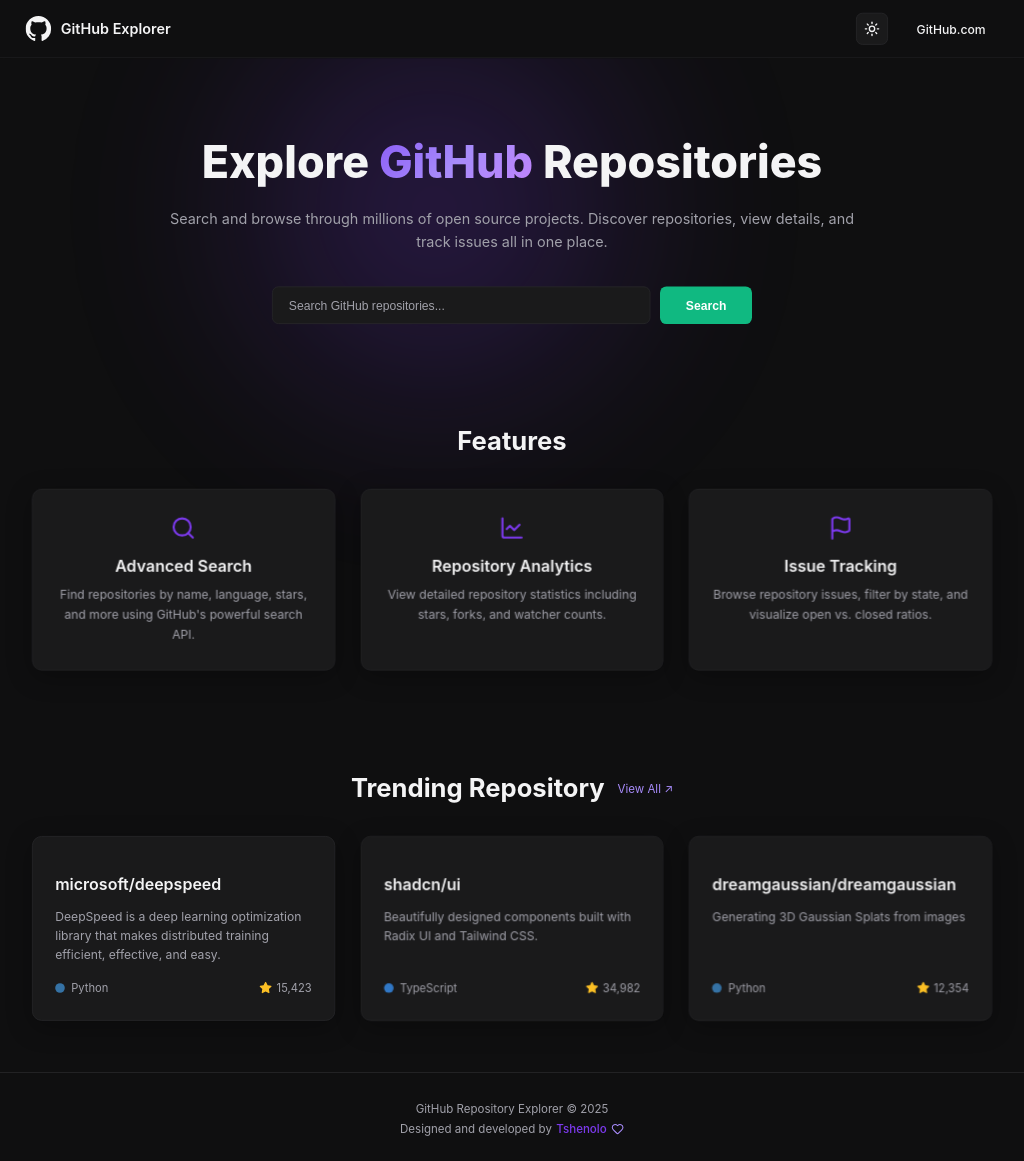
Repository: Tshenolo1994/username-repo
Page: /
An editor plug-in stored every save of this project. The page is shown before and after the next save, followed by the edit.
The browser window is 1280 px wide. The pictures show the whole page, at 80% of full size.
The project was rebuilt for these pictures with package versions that can differ from the ones it lists, and the page was loaded fresh each time. Also part of the build but not shown: vite.config.ts, src/views/RepoView.vue.

Above is the page before, as saved 2025-10-27 01:23:04.

### index.html
<!doctype html>
<html lang="en">
  <head>
    <meta charset="UTF-8" />
    <link rel="icon" type="image/svg+xml" href="/vite.svg" />
    <meta name="viewport" content="width=device-width, initial-scale=1.0" />
    <title>commit-explorer</title>
  </head>
  <body>
    <div id="app"></div>
    <script type="module" src="/src/main.ts"></script>
  </body>
</html>

### src/main.ts
import { createApp } from 'vue'
import { createPinia } from 'pinia'
import App from './App.vue'
import router from './router'
import './styles/theme.css'

createApp(App)
  .use(createPinia())
  .use(router)
  .mount('#app')

### src/App.vue
<!-- App.vue or Layout.vue -->
<script setup>
import Header from '@/components/Header.vue';
import Footer from '@/components/Footer.vue';
</script>

<template>
  <div id="app">
    <Header />
    <main>
      <router-view />
    </main>
    <Footer />
  </div>
</template>

### src/router/index.ts
import { createRouter, createWebHistory } from 'vue-router'
import HomeView from '@/views/HomeView.vue'
import RepoView from '@/views/RepoView.vue'

const router = createRouter({
  history: createWebHistory(),
  routes: [
    { path: '/', name: 'home', component: HomeView },
    { path: '/repos/:username', name: 'repos', component: RepoView, props: true },
  ],
  scrollBehavior: () => ({ top: 0 }),
})

export default router

### src/styles/theme.css
:root {

    --bg: #0f0f10;
    --bg-elev: #1a1a1b;
    --text: #f4f4f5;
    --muted: #a1a1aa;
    --border: #27272a;
    --link: #7c3aed;
  }


  [data-theme="light"] {
    --bg: #f9fafb;
    --bg-elev: #ffffff;
    --text: #18181b;
    --muted: #52525b;
    --border: #e4e4e7;
    --link: #2563eb;
  }


  html, body, #app {
    margin: 0;
    padding: 0;
    background: var(--bg);
    color: var(--text);
    font-family: 'Inter', system-ui, sans-serif;
    transition: background 0.3s, color 0.3s;
  }


  h1, h2, h3 {
    line-height: 1.2;
    margin: 0;
  }
  p {
    margin: 0.25rem 0 0;
  }


  .card {
    background: var(--bg-elev);
    border: 1px solid var(--border);
    border-radius: 0.75rem;
    padding: 1rem;
    box-shadow: 0 1px 2px rgba(0,0,0,0.15);
  }

### src/components/Header.vue
<script setup lang="ts">
import { Sun, Moon } from 'lucide-vue-next';
import { useTheme } from '@/composables/useTheme';

const { isDark, toggleTheme } = useTheme();
</script>

<template>
  <header class="header">
    <div class="header-content">
      <div class="logo">
        <svg width="32" height="32" viewBox="0 0 16 16" fill="currentColor">
          <path d="M8 0C3.58 0 0 3.58 0 8c0 3.54 2.29 6.53 5.47 7.59.4.07.55-.17.55-.38 0-.19-.01-.82-.01-1.49-2.01.37-2.53-.49-2.69-.94-.09-.23-.48-.94-.82-1.13-.28-.15-.68-.52-.01-.53.63-.01 1.08.58 1.23.82.72 1.21 1.87.87 2.33.66.07-.52.28-.87.51-1.07-1.78-.2-3.64-.89-3.64-3.95 0-.87.31-1.59.82-2.15-.08-.2-.36-1.02.08-2.12 0 0 .67-.21 2.2.82.64-.18 1.32-.27 2-.27.68 0 1.36.09 2 .27 1.53-1.04 2.2-.82 2.2-.82.44 1.1.16 1.92.08 2.12.51.56.82 1.27.82 2.15 0 3.07-1.87 3.75-3.65 3.95.29.25.54.73.54 1.48 0 1.07-.01 1.93-.01 2.2 0 .21.15.46.55.38A8.013 8.013 0 0016 8c0-4.42-3.58-8-8-8z"/>
        </svg>
        <span class="logo-text">GitHub Explorer</span>
      </div>

      <nav class="nav">
        <button @click="toggleTheme" class="theme-toggle" :aria-label="isDark ? 'Switch to light mode' : 'Switch to dark mode'">
          <Sun v-if="isDark" :size="20" />
          <Moon v-else :size="20" />
        </button>
        <a href="https://github.com" target="_blank" rel="noreferrer" class="github-link">
          GitHub.com
        </a>
      </nav>
    </div>
  </header>
</template>

<style scoped>
.header {
  background: var(--bg);
  border-bottom: 1px solid var(--border);
  padding: 1rem 2rem;
  position: sticky;
  top: 0;
  z-index: 100;
  backdrop-filter: blur(8px);
  transition: background 0.3s, border-color 0.3s;
}

.header-content {
  max-width: 1400px;
  margin: 0 auto;
  display: flex;
  justify-content: space-between;
  align-items: center;
}

.logo {
  display: flex;
  align-items: center;
  gap: 0.75rem;
  color: var(--text);
  font-weight: 600;
  font-size: 1.125rem;
  cursor: pointer;
  transition: color 0.2s;
}

.logo:hover {
  color: var(--link);
}

.logo svg {
  flex-shrink: 0;
}

.logo-text {
  font-weight: 600;
}

.nav {
  display: flex;
  align-items: center;
  gap: 1.25rem;
}

.theme-toggle {
  background: var(--bg-elev);
  border: 1px solid var(--border);
  border-radius: 8px;
  width: 40px;
  height: 40px;
  display: flex;
  align-items: center;
  justify-content: center;
  cursor: pointer;
  color: var(--text);
  transition: all 0.2s;
}

.theme-toggle:hover {
  background: var(--border);
  transform: rotate(15deg);
}

.github-link {
  color: var(--text);
  text-decoration: none;
  font-size: 0.95rem;
  font-weight: 500;
  padding: 0.5rem 1rem;
  border-radius: 6px;
  transition: all 0.2s;
}

.github-link:hover {
  color: var(--link);
  background: var(--bg-elev);
}

@media (max-width: 640px) {
  .header {
    padding: 1rem;
  }

  .logo-text {
    display: none;
  }
}
</style>

### src/components/Footer.vue
<script setup lang="ts">
import { Heart } from 'lucide-vue-next';

const currentYear = new Date().getFullYear();
</script>

<template>
  <footer class="footer">
    <div class="footer-content">
      <p class="footer-text">
        GitHub Repository Explorer © {{ currentYear }}
      </p>
      <p class="footer-credits">
        Designed and developed by <a href="#" class="footer-link">Tshenolo</a>
        <Heart :size="16" class="heart-icon" />
      </p>
    </div>
  </footer>
</template>

<style scoped>
.footer {
  background: var(--bg);
  border-top: 1px solid var(--border);
  padding: 2rem;
  margin-top: auto;
  transition: background 0.3s, border-color 0.3s;
}

.footer-content {
  max-width: 1400px;
  margin: 0 auto;
  text-align: center;
}

.footer-text {
  color: var(--muted);
  font-size: 0.9rem;
  margin-bottom: 0.5rem;
}

.footer-credits {
  color: var(--muted);
  font-size: 0.9rem;
  margin: 0;
  display: flex;
  align-items: center;
  justify-content: center;
  gap: 0.35rem;
}

.heart-icon {
  color: #a78bfa;
  fill: none;
}

.footer-link {
  color: var(--link);
  text-decoration: none;
  font-weight: 500;
  transition: opacity 0.2s;
}

.footer-link:hover {
  opacity: 0.8;
}

@media (max-width: 640px) {
  .footer {
    padding: 1.5rem 1rem;
  }

  .footer-text,
  .footer-credits {
    font-size: 0.85rem;
  }
}
</style>

### src/views/HomeView.vue
<script setup lang="ts">
import { ref } from "vue";
import { useRouter } from "vue-router";
import { Search, LineChart, Flag } from "lucide-vue-next";

// features data
const features = ref([
  {
    id: 1,
    icon: Search,
    title: "Advanced Search",
    description: "Find repositories by name, language, stars, and more using GitHub's powerful search API.",
  },
  {
    id: 2,
    icon: LineChart,
    title: "Repository Analytics",
    description: "View detailed repository statistics including stars, forks, and watcher counts.",
  },
  {
    id: 3,
    icon: Flag,
    title: "Issue Tracking",
    description: "Browse repository issues, filter by state, and visualize open vs. closed ratios.",
  },
]);

// sample trending repos
const trendingRepos = ref([
  {
    id: 1,
    name: "microsoft/deepspeed",
    stars: 15423,
    description:
      "DeepSpeed is a deep learning optimization library that makes distributed training efficient, effective, and easy.",
    language: "Python",
  },
  {
    id: 2,
    name: "shadcn/ui",
    stars: 34982,
    description:
      "Beautifully designed components built with Radix UI and Tailwind CSS.",
    language: "TypeScript",
  },
  {
    id: 3,
    name: "dreamgaussian/dreamgaussian",
    stars: 12354,
    description: "Generating 3D Gaussian Splats from images",
    language: "Python",
  },
]);

const router = useRouter();
const username = ref("");

function search() {
  if (username.value.trim()) {
    router.push(`/repos/${username.value.trim()}`);
  }
}

function getLangColor(lang: string): string {
  const colors: Record<string, string> = {
    JavaScript: "#f1e05a",
    TypeScript: "#3178c6",
    Python: "#3572A5",
    Java: "#b07219",
    Go: "#00ADD8",
    Ruby: "#701516",
  };
  return colors[lang] || "#6e7681";
}
</script>

<template>
  <div class="home-page">
    <div class="gradient-ball"></div>

    <!-- Hero Section -->
    <section class="hero">
      <div class="hero-content">
        <h1 class="hero-title">
          Explore <span class="gradient-text">GitHub</span> Repositories
        </h1>
        <p class="hero-sub">
          Search and browse through millions of open source projects. Discover
          repositories, view details, and track issues all in one place.
        </p>

        <div class="search-box">
          <input
            v-model="username"
            placeholder="Search GitHub repositories..."
            class="search-input"
          />
          <button @click="search" class="search-btn">Search</button>
        </div>
      </div>
    </section>

    <!-- Features -->
    <section class="section">
      <div class="section-header">
        <h2>Features</h2>
      </div>

      <div class="grid">
        <div
          v-for="feature in features"
          :key="feature.id"
          class="card glass"
        >
          <component :is="feature.icon" class="icon" :size="32" />
          <h3>{{ feature.title }}</h3>
          <p>{{ feature.description }}</p>
        </div>
      </div>
    </section>

    <!-- Trending -->
    <section class="section">
      <div class="section-header">
        <h2>Trending Repository</h2>
        <a
          href="https://github.com/trending"
          target="_blank"
          rel="noreferrer"
          class="view-all"
        >
          View All ↗
        </a>
      </div>

      <div class="grid">
        <div
          v-for="repo in trendingRepos"
          :key="repo.id"
          class="card glass repo-card"
        >
          <h3 class="repo-name">{{ repo.name }}</h3>
          <p class="repo-desc">{{ repo.description }}</p>
          <div class="repo-meta">
            <div class="lang">
              <span
                class="dot"
                :style="{ backgroundColor: getLangColor(repo.language) }"
              ></span>
              <span>{{ repo.language }}</span>
            </div>
            <div class="stars">
              <svg
                class="star"
                fill="currentColor"
                viewBox="0 0 16 16"
              >
                <path
                  d="M8 .25a.75.75 0 01.673.418l1.882 3.815 4.21.612a.75.75 0 01.416 1.279l-3.046 2.97.719 4.192a.75.75 0 01-1.088.791L8 12.347l-3.766 1.98a.75.75 0 01-1.088-.79l.72-4.194L.818 6.374a.75.75 0 01.416-1.28l4.21-.611L7.327.668A.75.75 0 018 .25z"
                />
              </svg>
              {{ repo.stars.toLocaleString() }}
            </div>
          </div>
        </div>
      </div>
    </section>
  </div>
</template>

<style scoped>
.home-page {
  background: var(--bg);
  color: var(--text);
  min-height: 100vh;
  width: 100%;
  overflow-x: hidden;
  position: relative;
  transition: background 0.3s, color 0.3s;
}

.gradient-ball {
  position: absolute;
  top: -100px;
  left: 50%;
  transform: translateX(-50%);
  width: 600px;
  height: 600px;
  border-radius: 50%;
  background: radial-gradient(circle at center, var(--link) 0%, rgba(124, 58, 237, 0.6) 30%, transparent 70%);
  opacity: 0.3;
  filter: blur(100px);
  z-index: 0;
  animation: float 15s ease-in-out infinite;
  transition: background 0.3s;
}

@keyframes float {
  0% {
    transform: translate(-50%, 0) scale(1);
  }
  25% {
    transform: translate(-80%, -40px) scale(1.2);
  }
  50% {
    transform: translate(-20%, 80px) scale(0.85);
  }
  75% {
    transform: translate(-70%, 30px) scale(1.15);
  }
  100% {
    transform: translate(-50%, 0) scale(1);
  }
}

/* Hero Section */
.hero {
  padding: 6rem 2rem 4rem;
  position: relative;
  z-index: 10;
}

.hero-content {
  max-width: 900px;
  margin: 0 auto;
  text-align: center;
}

.hero-title {
  font-size: 3.5rem;
  font-weight: 800;
  margin-bottom: 1.5rem;
  line-height: 1.2;
}

.gradient-text {
  background: linear-gradient(135deg, #8b5cf6 0%, #a78bfa 50%, #c084fc 100%);
  -webkit-background-clip: text;
  -webkit-text-fill-color: transparent;
  background-clip: text;
}

.hero-sub {
  color: var(--muted);
  font-size: 1.125rem;
  margin-bottom: 2.5rem;
  line-height: 1.6;
}

.search-box {
  display: flex;
  justify-content: center;
  gap: 0.75rem;
  max-width: 600px;
  margin: 0 auto;
}

.search-input {
  padding: 0.875rem 1.25rem;
  border-radius: 8px;
  flex: 1;
  background: var(--bg-elev);
  color: var(--text);
  border: 1px solid var(--border);
  font-size: 0.95rem;
  transition: all 0.2s;
}

.search-input:focus {
  outline: none;
  border-color: var(--link);
  background: var(--bg-elev);
}

.search-input::placeholder {
  color: var(--muted);
}

.search-btn {
  background: #10b981;
  color: white;
  padding: 0.875rem 2rem;
  border-radius: 8px;
  font-weight: 600;
  cursor: pointer;
  border: none;
  font-size: 0.95rem;
  transition: all 0.2s;
}

.search-btn:hover {
  background: #059669;
  transform: translateY(-1px);
}

/* Shared Section Styling */
.section {
  padding: 4rem 2rem;
  position: relative;
  z-index: 10;
}

.section-header {
  display: flex;
  align-items: center;
  justify-content: center;
  gap: 1rem;
  margin-bottom: 2.5rem;
}

.section-header h2 {
  font-size: 2rem;
  font-weight: 700;
  color: var(--text);
}

.view-all {
  color: #a78bfa;
  font-size: 0.9rem;
  text-decoration: none;
  display: flex;
  align-items: center;
  gap: 0.25rem;
  transition: all 0.2s;
}

.view-all:hover {
  color: #c084fc;
  transform: translateX(2px);
}

/* Grid + Cards */
.grid {
  display: grid;
  grid-template-columns: repeat(3, 1fr);
  gap: 2rem;
  max-width: 1200px;
  margin: 0 auto;
}

@media (max-width: 980px) {
  .grid {
    grid-template-columns: 1fr;
  }
  .hero-title {
    font-size: 2.5rem;
  }
}

.card {
  padding: 2rem 1.75rem;
  border-radius: 12px;
  text-align: center;
  transition: all 0.3s ease;
}

.card:hover {
  transform: translateY(-6px);
}

/* Glass look */
.glass {
  background: var(--bg-elev);
  border: 1px solid var(--border);
  backdrop-filter: blur(12px);
  box-shadow: 0 8px 32px rgba(0, 0, 0, 0.3);
}

.card h3 {
  font-size: 1.25rem;
  font-weight: 600;
  margin: 1rem 0 0.75rem;
  color: var(--text);
}

.card p {
  color: var(--muted);
  font-size: 0.95rem;
  line-height: 1.6;
}

.icon {
  color: var(--link);
  margin: 0 auto;
}

/* Trending Repo cards */
.repo-card {
  text-align: left;
  display: flex;
  flex-direction: column;
}

.repo-name {
  color: var(--link);
  font-weight: 600;
  font-size: 1.1rem;
  margin: 0 0 0.75rem 0;
  transition: color 0.2s;
  min-height: 1.5rem;
}

.repo-card:hover .repo-name {
  color: var(--link);
  opacity: 0.8;
}

.repo-desc {
  color: var(--muted);
  font-size: 0.9rem;
  margin-bottom: 1.25rem;
  line-height: 1.5;
  flex: 1;
  min-height: 3rem;
}

.repo-meta {
  display: flex;
  justify-content: space-between;
  align-items: center;
  font-size: 0.875rem;
  color: var(--muted);
  margin-top: auto;
}

.lang {
  display: flex;
  align-items: center;
}

.dot {
  display: inline-block;
  width: 12px;
  height: 12px;
  border-radius: 50%;
  margin-right: 0.5rem;
}

.stars {
  display: flex;
  align-items: center;
  gap: 0.35rem;
}

.star {
  width: 16px;
  height: 16px;
  color: #fbbf24;
}
</style>

### src/composables/useTheme.ts

import { ref, onMounted, watch } from 'vue';

const isDark = ref(true);

export function useTheme() {
  const toggleTheme = () => {
    isDark.value = !isDark.value;
    updateTheme();
  };

  const updateTheme = () => {
    if (isDark.value) {
      document.documentElement.removeAttribute('data-theme');
      localStorage.setItem('theme', 'dark');
    } else {
      document.documentElement.setAttribute('data-theme', 'light');
      localStorage.setItem('theme', 'light');
    }
  };

  const initTheme = () => {
    const savedTheme = localStorage.getItem('theme');
    if (savedTheme) {
      isDark.value = savedTheme === 'dark';
    } else {
      isDark.value = true;
    }
    updateTheme();
  };

  onMounted(() => {
    initTheme();
  });

  watch(isDark, updateTheme);

  return {
    isDark,
    toggleTheme,
  };
}
// import { ref, onMounted } from 'vue'

// type Theme = 'light' | 'dark'
// const KEY = 'commit-explorer:theme'
// const theme = ref<Theme>('dark')

// function apply(t: Theme) {
//   document.documentElement.dataset.theme = t
// }

// export function useTheme() {
//   onMounted(() => {
//     const saved = (localStorage.getItem(KEY) as Theme | null)
//     if (saved === 'light' || saved === 'dark') theme.value = saved
//     else if (window.matchMedia('(prefers-color-scheme: light)').matches)
//       theme.value = 'light'
//     apply(theme.value)
//   })
//   function toggleTheme() {
//     theme.value = theme.value === 'dark' ? 'light' : 'dark'
//     localStorage.setItem(KEY, theme.value)
//     apply(theme.value)
//   }
//   return { theme, toggleTheme }
// }

After the next save:
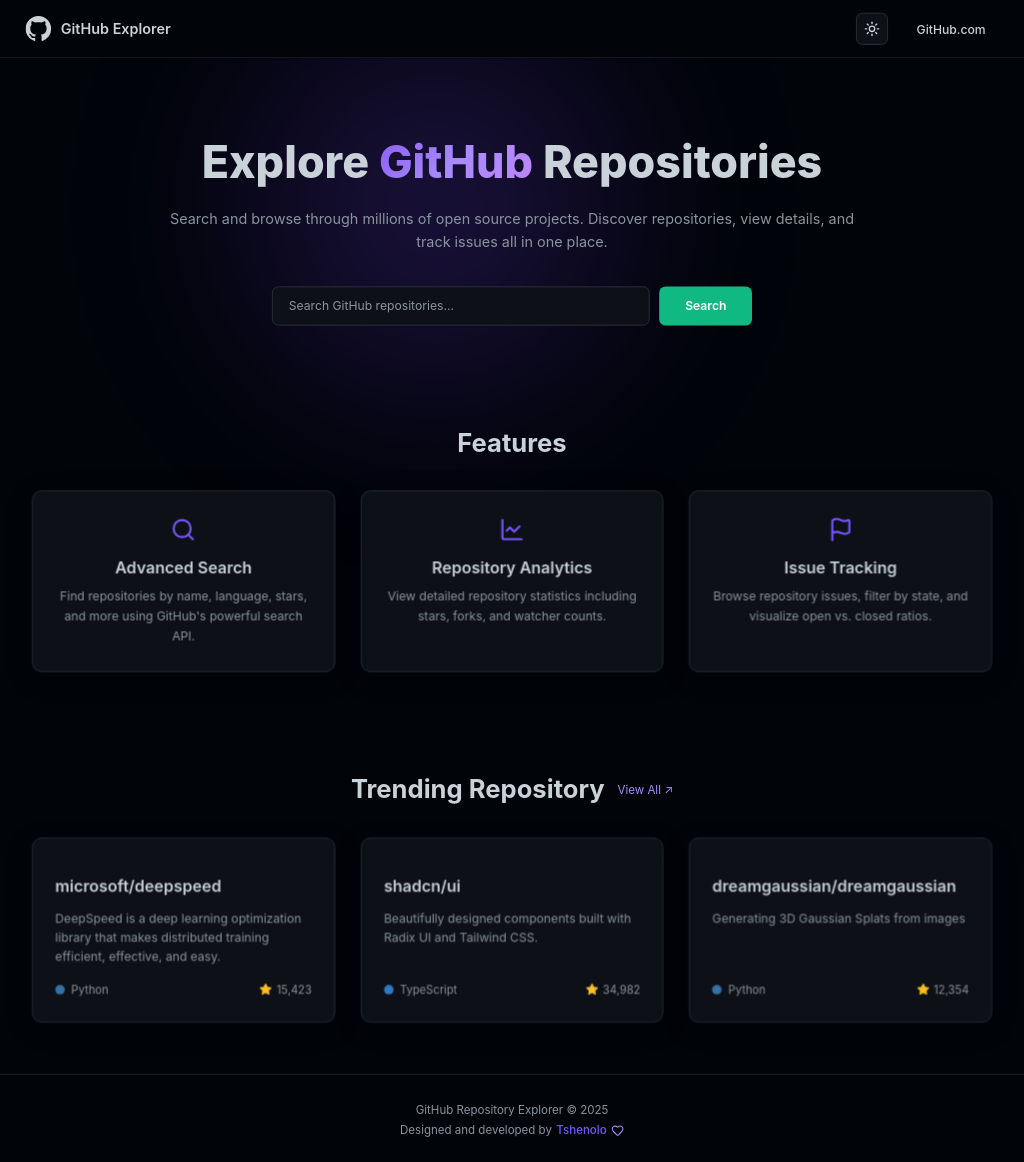
Saved 2 min 50 s later.
--- a/src/styles/theme.css
+++ b/src/styles/theme.css
@@ -1,47 +1,59 @@
 :root {
-
-    --bg: #0f0f10;
-    --bg-elev: #1a1a1b;
-    --text: #f4f4f5;
-    --muted: #a1a1aa;
-    --border: #27272a;
-    --link: #7c3aed;
+    /* Dark theme (default) */
+    --bg: #010409;
+    --bg-elev: #0d1117;
+    --border: #30363d;
+    --text: #c9d1d9;
+    --muted: #8b949e;
+    --button-bg: #161b22;
+    --button-accent: #3fb950;
+    --link: #7656FE;
+    --error-text: #ff7b72;
+    --error-bg: rgba(248, 81, 73, 0.1);
+    --empty-state-bg: rgba(13, 17, 23, 0.5);
   }
-
-
-  [data-theme="light"] {
-    --bg: #f9fafb;
-    --bg-elev: #ffffff;
-    --text: #18181b;
-    --muted: #52525b;
-    --border: #e4e4e7;
-    --link: #2563eb;
-  }
-
 
   html, body, #app {
     margin: 0;
     padding: 0;
     background: var(--bg);
     color: var(--text);
-    font-family: 'Inter', system-ui, sans-serif;
-    transition: background 0.3s, color 0.3s;
+    font-family: 'Inter', system-ui, -apple-system, BlinkMacSystemFont, 'Segoe UI', sans-serif;
+    transition: background 0.3s ease, color 0.3s ease;
   }
 
+  * {
+    box-sizing: border-box;
+  }
 
-  h1, h2, h3 {
+  h1, h2, h3, h4, h5, h6 {
     line-height: 1.2;
     margin: 0;
   }
+
   p {
     margin: 0.25rem 0 0;
   }
 
+  a {
+    color: var(--link);
+    text-decoration: none;
+  }
+
+  button {
+    font-family: inherit;
+    border: none;
+    outline: none;
+  }
+
+  input, textarea, select {
+    font-family: inherit;
+  }
 
   .card {
     background: var(--bg-elev);
     border: 1px solid var(--border);
     border-radius: 0.75rem;
     padding: 1rem;
-    box-shadow: 0 1px 2px rgba(0,0,0,0.15);
+    box-shadow: 0 1px 2px rgba(0, 0, 0, 0.15);
   }
